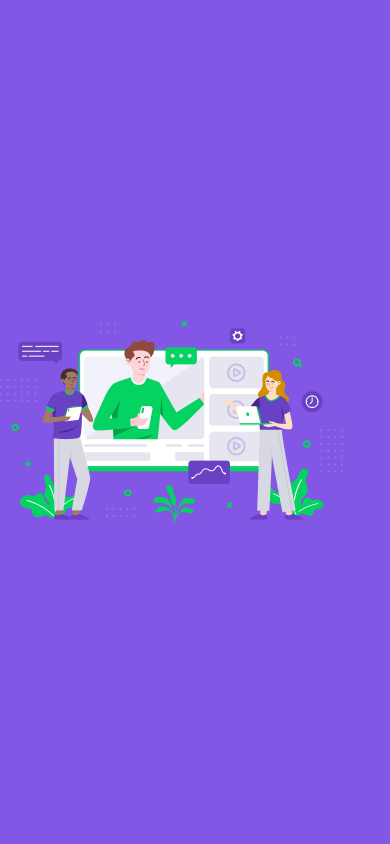
Repository: marciocamello/nlw-proffy-mobile
Screen: /
These files come from the project's save history. The screen is drawn as it stood at one moment and after the next save; the edit follows.
The app was drawn by React Native's web renderer in a window 390 px wide. The project was rebuilt for these pictures with package versions that can differ from the ones it lists, and the page was loaded fresh each time.

Above is the screen before, as saved 2020-08-06 08:59:08.

### App.tsx
import { StatusBar } from 'expo-status-bar';
import React from 'react';

import Landing from './src/pages/Landing';

export default function App() {
  return (
    <React.Fragment>
      <Landing />
      <StatusBar style="auto" />
    </React.Fragment>
  );
}

### src/pages/Landing/index.tsx
import React from 'react';
import { Image, View } from 'react-native';

import styles from './styles';

import landingImg from '../../assets/images/landing.png';

function Landing(){
  return (
    <View style={styles.container}>
      <Image source={landingImg}/>
    </View>
  );
}

export default Landing;

### src/pages/Landing/styles.ts
import { StyleSheet } from 'react-native';

const styles = StyleSheet.create({
  container: {
    flex: 1,
    backgroundColor: '#8257E5',
    justifyContent: 'center',

  },
});

export default styles;

After the next save:
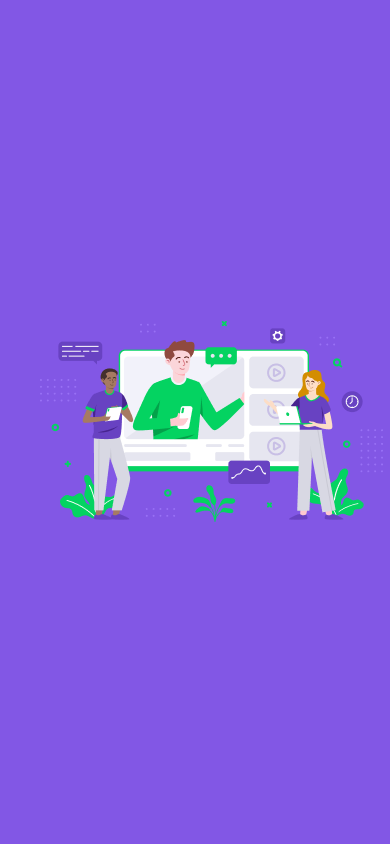
Saved 21 s later.
--- a/src/pages/Landing/styles.ts
+++ b/src/pages/Landing/styles.ts
@@ -5,7 +5,7 @@ const styles = StyleSheet.create({
     flex: 1,
     backgroundColor: '#8257E5',
     justifyContent: 'center',
-
+    padding: 40
   },
 });
 
